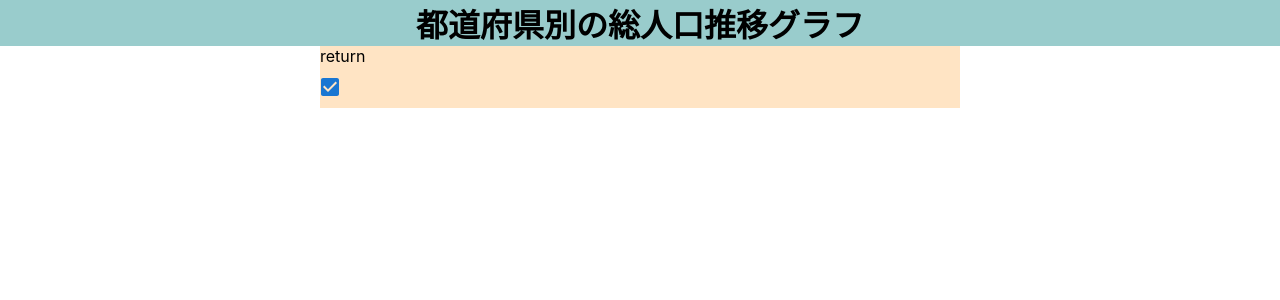
Repository: shisyamoCat/reqriutment-test
Page: /
The author's editor kept a copy of each file at every save. The page is drawn from the files as they stood at one save, then again after the next save.
The browser window is 1280 px wide. The pictures show the whole page.
The page's requests for data from a server got no answer. The project was rebuilt for these pictures with package versions that can differ from the ones it lists, and the page was loaded fresh each time. No one was signed in, and anything a server would have sent is missing.

Above is the page before, as saved 2022-07-06 16:16:43.

### src/App.js
import './css/App.css';
import React, { useState, useEffect, useCallback } from 'react';
import Highcharts from 'highcharts';
import HighchartsReact from 'highcharts-react-official';
import { PrefLists } from './components/index';

const App = () => {
    const [pref, setPref] = useState({});
    const [prefData, setPrefData] = useState({});
    const [highcharts, setHighcharts] = useState({});
    const [options, setOptions] = useState({});
    const [isSelected, setIsSelected] = useState(false);
    // const selected = array(47).fill(false);
    const apiKey = process.env.REACT_APP_API_KEY;

    const changeSelected = (index) => {
        const url = `https://opendata.resas-portal.go.jp/api/v1/population/composition/perYear?cityCode=-&prefCode=${index + 1}`;

        // 都道府県のチェック判定の為の配列を用意
        // const selectState = selected.slice();

        //
        // selectState[index] = !selectState[index];
        return(
            fetch(url, { headers: {"X-API-KEY": apiKey} })
        )
    }

    // 初回レンダリング時に都道府県一覧を取得
    useEffect(() => {
        // RESAS-API 都道府県一覧アドレス
        const url = "'https://opendata.resas-portal.go.jp/api/v1/prefectures'";
        // API-KEYを設定

        fetch(url, { headers: {"X-API-KEY": apiKey} })
        .then(res => console.log(res))
        // .then(response => response.json())
        // .then(data => {
        //     // setPrefData(data.result);
        //     console.log(data);
        // });
    }, []);

    return (
        <div className="wrapper">
            <header className="header">
                <h1 className="h1">都道府県別の総⼈⼝推移グラフ</h1>
            </header>

            <main>
                <PrefLists prefData={prefData} selected={isSelected}/>
                {/* <HighchartsReact Highcharts={highcharts} options={options} /> */}
            </main>
        </div>
    );
}

export default App

### src/css/App.css
.header {
  height: auto;
  background-color: #99cccc;
}

.header .h1 {
  width: -webkit-fit-content;
  width: -moz-fit-content;
  width: fit-content;
  margin: 0 auto;
}

.pref-grid {
  width: 50%;
  margin: 0 auto;
  background-color: bisque;
}
/*# sourceMappingURL=App.css.map */

### src/components/index.js
// export { default as Pref } from './Pref';
export { default as PrefLists } from './PrefLists';

### src/components/PrefLists.jsx
import React from 'react';
import { default as Pref } from './Pref';

const PrefLists = (props) => {
    return (
        <div className="pref-grid">
            {/* {props.prefData.map((value, index) => { */}
                return <Pref
                    prefName={props.prefName}
                    // key={index.toString()}
                    checked={props.isSelected}
                    />
            {/* })} */}
        </div>
    );
}

export default PrefLists

### src/components/Pref.jsx
import React from "react";
import { makeStyles, createStyles } from '@material-ui/core/styles';
import FormGroup from '@mui/material/FormGroup';
import FormControlLabel from '@mui/material/FormControlLabel';
import Checkbox from '@mui/material/Checkbox';

const useStyles = makeStyles(() => {
    createStyles({
        "form": {
            borderColor: "#444",
            color: "#444",
            fontWeight: 400,
        }
    })
})

const Pref = (props) => {
    const classes = useStyles();
    return (
        <FormGroup>
            <FormControlLabel
                id={props.prefName}
                className={classes.form}
                // onChange={togglePref}
                control={<Checkbox defaultChecked />}
                label={props.prefName}
                checked={props.isSelected}
            />
        </FormGroup>
    )
}

export default Pref

Loaded but not shown: public/index.html (common file); src/index.js (common file); src/index.css (common file); src/reportWebVitals.js (common file)

After the next save:
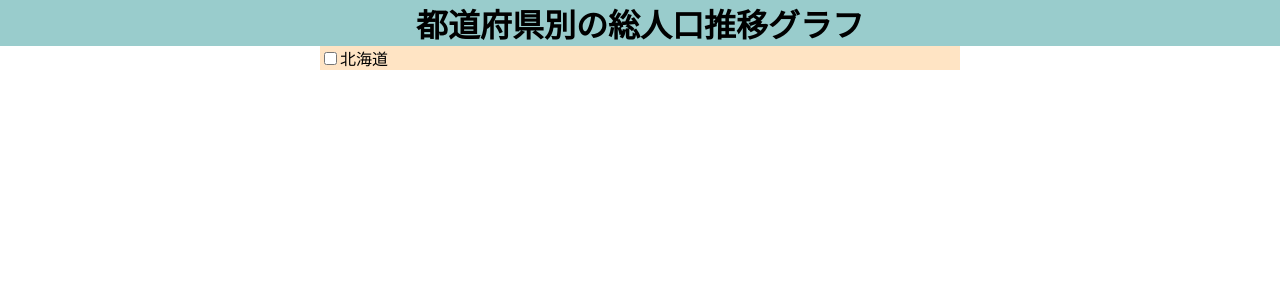
Saved 3 s later.
--- a/src/components/PrefLists.jsx
+++ b/src/components/PrefLists.jsx
@@ -4,13 +4,16 @@ import { default as Pref } from './Pref';
 const PrefLists = (props) => {
     return (
         <div className="pref-grid">
-            {/* {props.prefData.map((value, index) => { */}
+            {/* {props.prefData.map((value, index) => {
                 return <Pref
-                    prefName={props.prefName}
-                    // key={index.toString()}
+                    prefName={value.prefName}
+                    key={index.toString()}
                     checked={props.isSelected}
                     />
-            {/* })} */}
+            })} */}
+            <input id='check' type="checkbox" check="false" onClick={() => setIsSelected(!setIsSelected)} />
+                <label htmlFor="check">北海道</label>
+
         </div>
     );
 }
